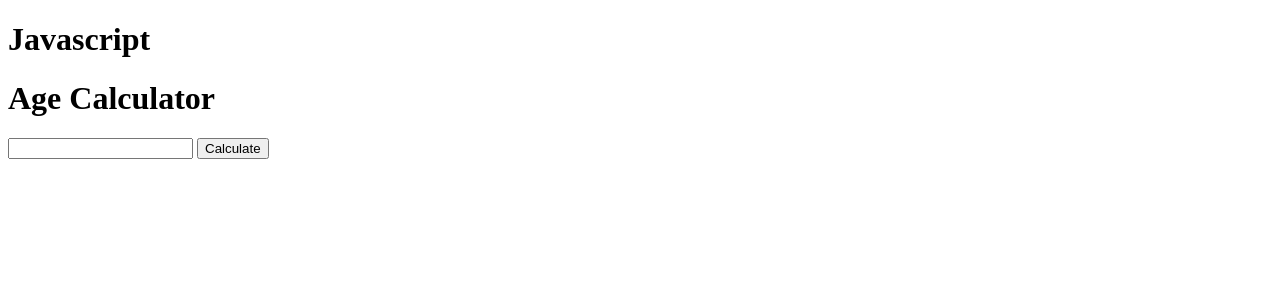
Repository: Ankitkr2021/Age-Calculator
Page: index.html
These files come from the project's save history. The page is drawn as it stood at one moment and after the next save; the edit follows.
The browser window is 1280 px wide. The pictures show the whole page.

Above is the page before, as saved 2025-10-05 10:17:56.

After the next save:
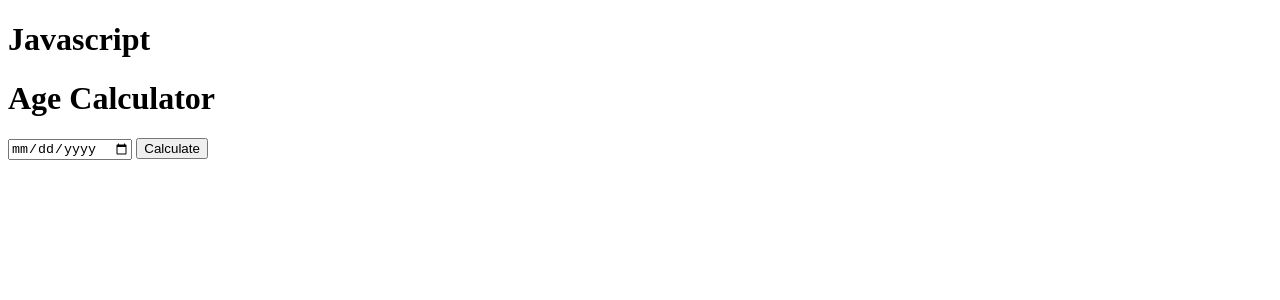
Saved 17 s later.
--- a/index.html
+++ b/index.html
@@ -10,7 +10,7 @@
         <h1 class="js">Javascript</h1>
         <h1 class="age">Age Calculator</h1>
         <div class="box">
-            <input type="datetime">
+            <input type="date">
              <button>Calculate</button>
         </div>
     </div>
